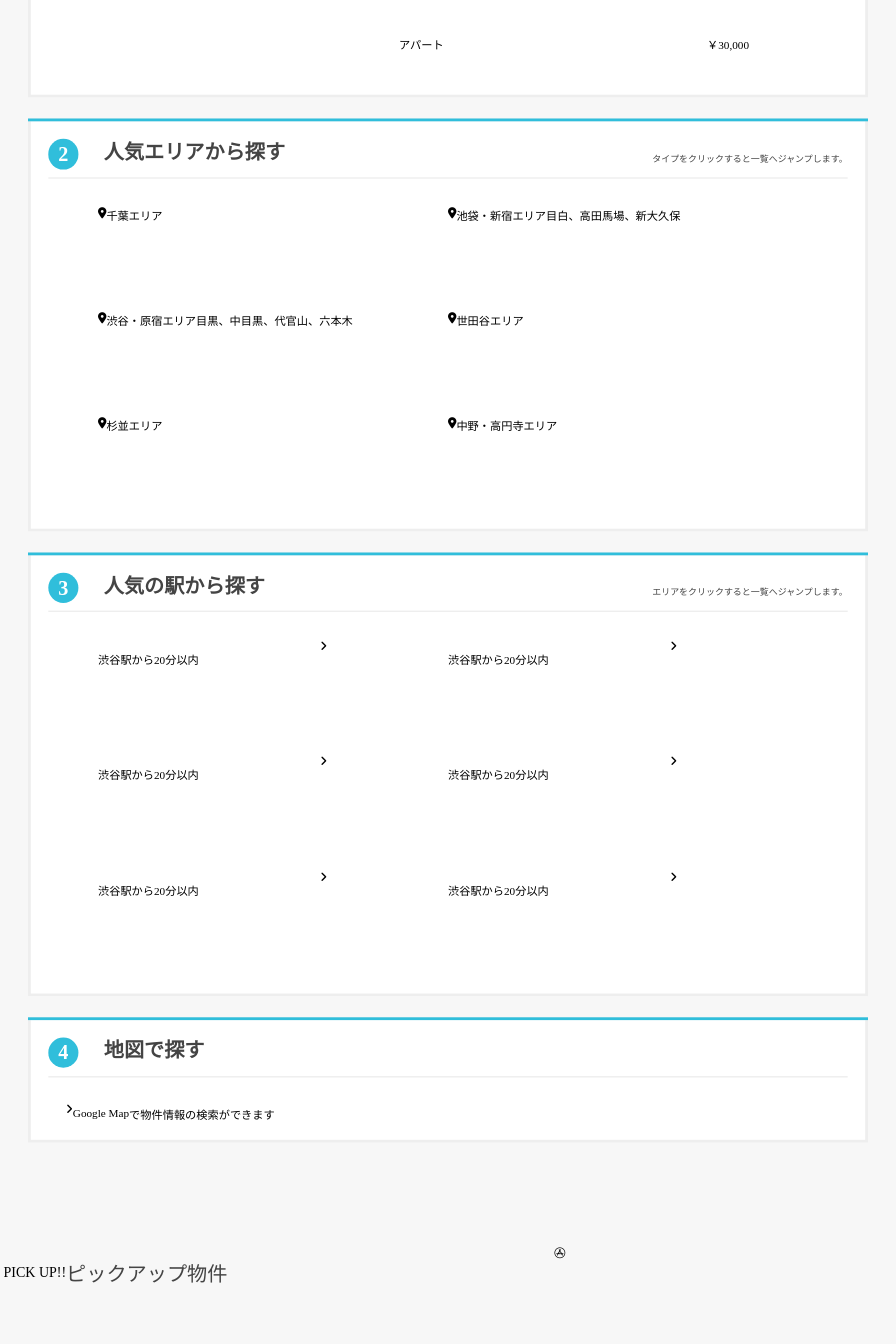
Repository: ninhdavid/real-estate
Page: index.html
The author's editor kept a copy of each file at every save. The page is drawn from the files as they stood at one save, then again after a run of saves.
The browser window is 1280 px wide. The pictures show the part of the page from y = 656 to 2576 px (the page is 2576 px tall before and 2137 px after), at 70% of full size.
Some web libraries are served in a nearby version. The style sheet was rebuilt from its Sass, Less or Tailwind sources for each picture, by a compiler version that may differ from the author's.

Above is the page before, as saved 2022-05-13 23:09:27.

After the next 2 saves:
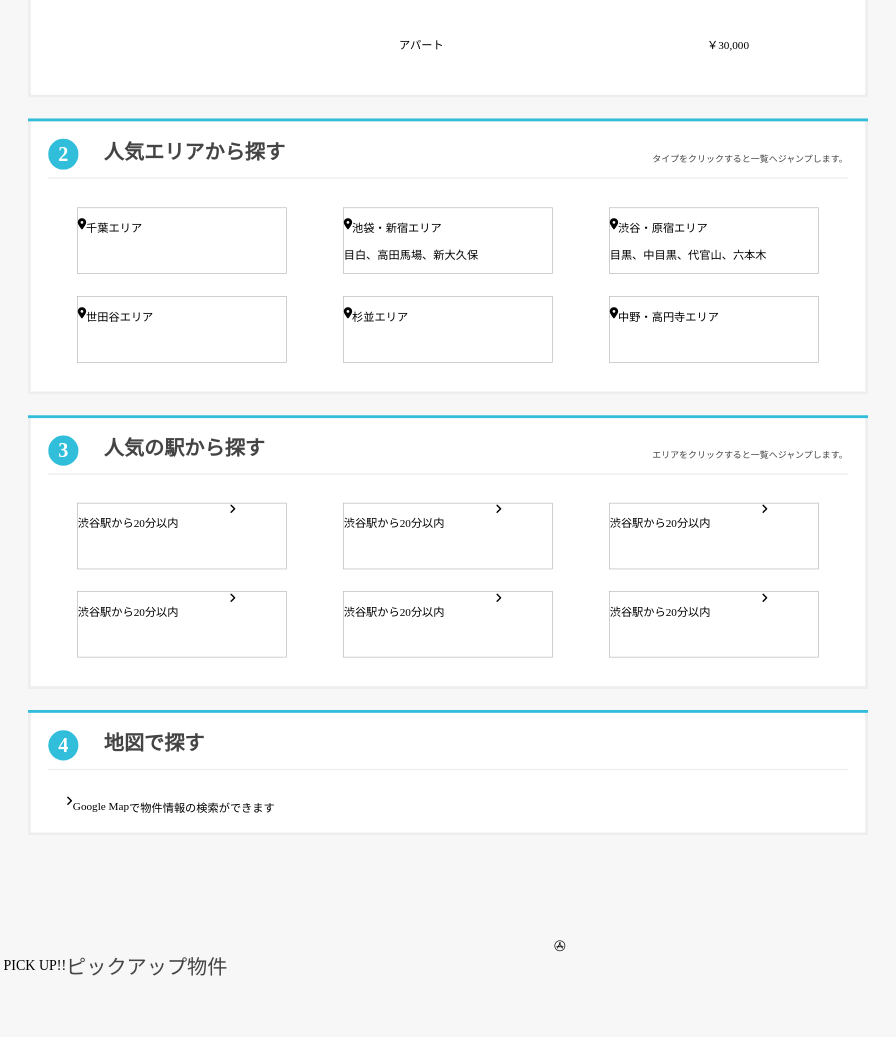
The 2 saves are shown as one change because they came seconds apart.
The last was saved 11 s later.
--- a/css/main.scss
+++ b/css/main.scss
@@ -167,12 +167,11 @@
     right: 0;
     top: 50%;
 }
-.location-list
-.station-list{
+.location-list,.station-list{
     display: flex;
     justify-content:space-between;
 }
-.location-des
+.location-des,
 .station-des{
     border:1px solid #bbbbbb;
     height:95px;
